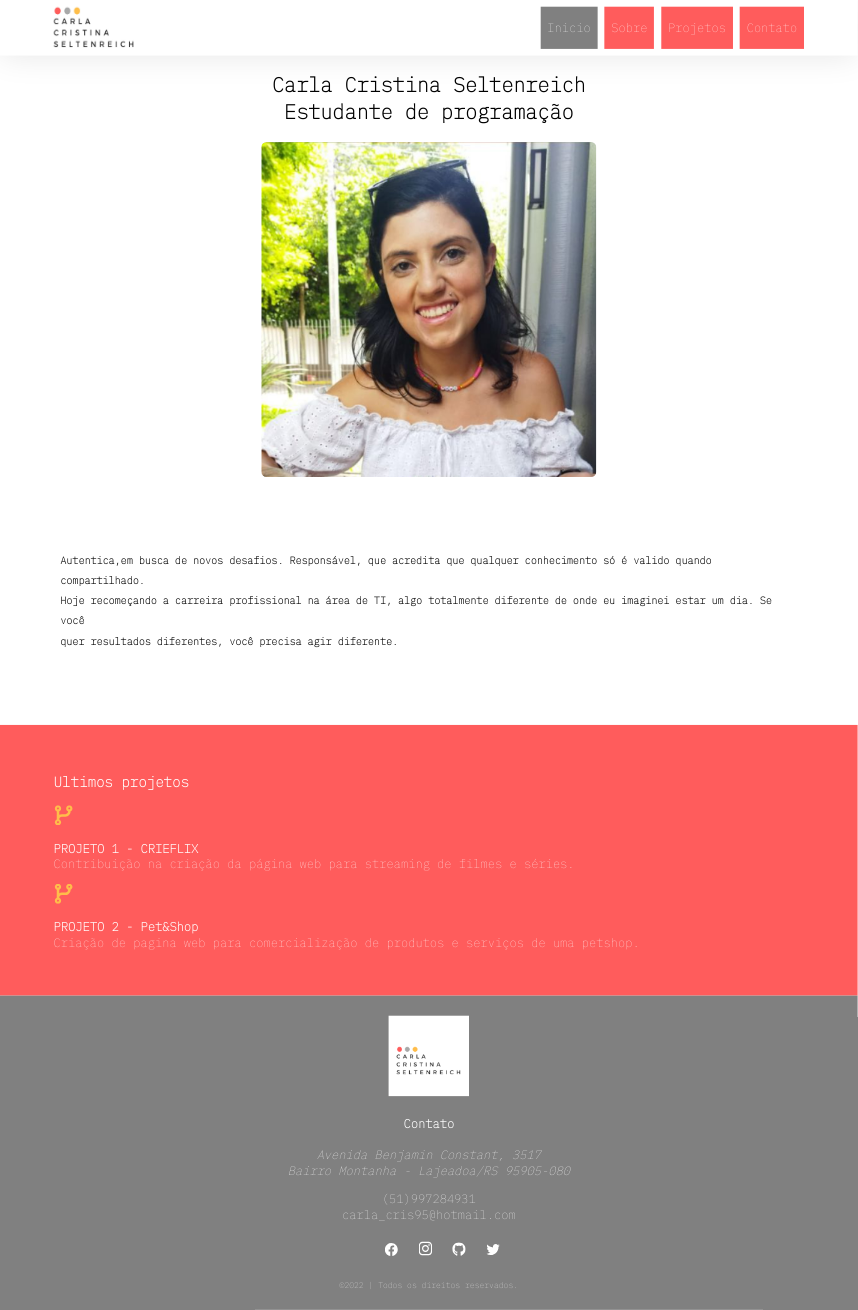
Repository: carla-seltenreich/portfolio
Page: index.html
These files come from the project's save history. The page is drawn as it stood at one moment and after the next save; the edit follows.
The browser window is 1280 px wide. The pictures show the whole page, at 67% of full size.

Above is the page before, as saved 2022-05-26 02:32:50.

### index.html
<!DOCTYPE html>
<html lang="en">

<head>
    <meta charset="UTF-8">
    <meta http-equiv="X-UA-Compatible" content="IE=edge">
    <meta name="viewport" content="width=device-width, initial-scale=1.0">
    <title>Carla Cristina Seltenreich</title>
    <link rel="preconnect" href="https://fonts.googleapis.com">
    <link rel="preconnect" href="https://fonts.gstatic.com" crossorigin>
    <link rel="stylesheet" href="style.css">

    <link href="preconnect" href="https://fonts.googleapis.com">
    <link rel="preconnect" href="https://fonts.gstatic.com" crossorigin>
    <link href="https://fonts.googleapis.com/css2?family=IBM+Plex+Mono:wght@100&family=Questrial&display=swap"
        rel="stylesheet">
</head>

<body>
    <header class="header">
        <div class="container header-container">
            <img src="Carla cristina sELTENREICH.jpg" alt="logo" class="brand">
            <ul class="nav">
                <li>
                    <a href="index.html" class="active">Inicio</a>
                </li>
                <li>
                    <a href="about.html">Sobre</a>
                </li>
                <li>
                    <a href="project.html">Projetos</a>
                </li>
                <li>
                    <a href="contact.html">Contato</a>
                </li>
            </ul>
        </div>
    </header>
    <div class="name">
        <h1 class="name-title">
            Carla Cristina Seltenreich<br>
            Estudante de programação
        </h1>
    </div>
    </header>
    <section class="banner">
        <img class="photo-banner" src="carla.png">
    </section>
    <section class="about-home">
        <div class="text-about-home">
            <h4> Autentica,em busca de novos desafios. Responsável, que acredita que qualquer conhecimento só é valido quando compartilhado.<br>
                Hoje recomeçando a carreira profissional na área de TI, algo totalmente diferente de onde eu imaginei
                estar um dia. Se você<br> quer resultados diferentes, você precisa agir diferente.</h4>
        </div>
    </section>
    <section class="lastest-projects-home">
        <div class="container">
            <h3>Ultimos projetos</h3>
            <img src="code-branch-solid.svg" alt="logo-project" class="logo-project">
            <p><strong>PROJETO 1 - CRIEFLIX</strong><br>
                Contribuição na criação da página web para streaming de filmes e séries.</p>
            <img src="code-branch-solid.svg" alt="logo-project" class="logo-project">
            <p><strong>PROJETO 2 - Pet&Shop</strong><br>
                Criação de pagina web para comercialização de produtos e serviços de uma petshop.<br>
            </p>
        </div>

    </section>
    <footer class="footer">
        <div class="container">
            <img src="Carla cristina sELTENREICH.png" alt="logo" class="brand">
            <div class="footer-container">
                <div class="footer-contact">
                    <h4>Contato</h4>

                    <address>Avenida Benjamin Constant, 3517 <br />Bairro Montanha - Lajeadoa/RS 95905-080
                    </address>
                    <a href="#">(51)997284931</a>
                    <a href="#">carla_cris95@hotmail.com</a>
                </div>

                <div class="footer-social-medias">
                    <ul class="social-medias">
                        <li><a href="https://www.facebook.com/carla.cristina.16144/"><img src="facebook-brands (1).svg"
                                    alt="logo-facebook" class="logo-socialmedia"></a></li>
                        <li><a href="https://www.instagram.com/100meat/"><img src="instagram-brands (1).svg"
                                    alt="logo-instagram" class="logo-socialmedia"></a></li>
                        <li><a href="https://github.com/carla-seltenreich"><img src="github-brands.svg"
                                    alt="logo-github" class="logo-socialmedia"></a></li>
                        <li><a href="https://twitter.com/100meat"><img src="twitter-brands (1).svg" alt="logo-twitter"
                                    class="logo-socialmedia"></a></li>
                    </ul>
                </div>
                <div class="copyright">©2022 | Todos os direitos reservados.</div>
            </div>
    </footer>
</body>

</html>

### style.css
body {
    font-family: 'IBM Plex Mono';
    font-size: 18px;
    padding-top: 120px;
    margin: 0;
}

.container {
    max-width: 1120px;
    margin: 0 auto;
}

.header {
    background: #fff;
    position: absolute;
    width: 100%;
    text-align: center;
    top: 0;
    z-index: 1;
    padding: 10px 0;
    box-shadow: 0 0 50px rgba(0, 0, 0, 0.1);
    box-sizing: border-box;
    align-items: center;
}

.brand {
    max-width: 120px;
}

.nav {
    margin: 0;
    padding: 0;
    list-style: none;
}

.nav li {
    background-color: #ff5c5c;
    display: inline-block;
}

.nav a {
    color: #fff;
    display: block;
    padding: 5px;
    text-decoration: none;
}

.nav a:hover {
    color: gray;

}

.nav a.active {
    color: #fff;
    background: gray;
}

.name {
    padding: 7px;
}

.name-title {
    text-align: center;
    font-size: 30px;
}


.photo-banner {
    background-color: #ff5c5c;
    width: 500px;
    display: block;
    max-width: 100%;
    margin: 0 auto;
    border-radius: 8px;
}

.lastest-projects-home {
    background-color: #ff5c5c;
    color: #fff;
    padding: 50px;
    position: center;
}

.logo-project {
    width: 30px;
    height: 30px;
}

.text-about-home {
    margin: 90px;
    top: 808px;
    font-style: normal;
    font-weight: 400;
    font-size: 15px;
    line-height: 30px;
    /* or 200% */

    display: flex;
    align-items: center;
}

.title-project {
    position: absolute;
    width: 800px;
    height: 57px;
    left: 283px;
    top: 156px;

    font-style: normal;
    font-weight: 600;
    font-size: 44px;
    line-height: 57px;
    display: flex;
    align-items: center;
}

.text-project {
    position: absolute;
    width: 800px;
    height: 120px;
    left: 283px;
    top: 233px;
    font-style: normal;
    font-weight: 400;
    font-size: 20px;
    line-height: 30px;
    /* or 200% */

    display: flex;
    align-items: center;

    color: black;
}

.footer {
    color: #fff;
    background: grey;
    padding: 30px 0;
    text-align: center;
}

.footer-container {
    display: block;
    justify-content: center;
}

.footer-contact a {
    display: block;
    color: #fff;
    text-decoration: none;
}

.footer-social-medias {}

.social-medias li {
    display: inline-block;
}

.social-meidas a {
    display: block;
    font-size: 25px;
    padding: 20px 10px;

}

.logo-socialmedia {
    width: 20px;
    padding: 10px;
    cursor: pointer;

}
.social-medias a:hover img {
    transform: rotate(10deg);
    transition: .10s;
}
.footer-contact address {
    margin-bottom: 20px;
}

.copyright {
    font-size: 12px;
    margin-top: 20px;
}

@media screen and (min-width: 768px) {
    body {
        padding-top: 80px;
    }

    .header-container {
        display: flex;
        justify-content: space-between;
    }

    .nav a {
        padding: 20px 10px;
    }
}

### code-branch-solid.svg
<svg xmlns="http://www.w3.org/2000/svg" viewBox="0 0 448 512"><!--! Font Awesome Pro 6.1.1 by @fontawesome - https://fontawesome.com License - https://fontawesome.com/license (Commercial License) Copyright 2022 Fonticons, Inc. --><path fill= "#ffbd4a" d="M160 80C160 112.8 140.3 140.1 112 153.3V241.1C130.8 230.2 152.7 224 176 224H272C307.3 224 336 195.3 336 160V153.3C307.7 140.1 288 112.8 288 80C288 35.82 323.8 0 368 0C412.2 0 448 35.82 448 80C448 112.8 428.3 140.1 400 153.3V160C400 230.7 342.7 288 272 288H176C140.7 288 112 316.7 112 352V358.7C140.3 371 160 399.2 160 432C160 476.2 124.2 512 80 512C35.82 512 0 476.2 0 432C0 399.2 19.75 371 48 358.7V153.3C19.75 140.1 0 112.8 0 80C0 35.82 35.82 0 80 0C124.2 0 160 35.82 160 80V80zM80 104C93.25 104 104 93.25 104 80C104 66.75 93.25 56 80 56C66.75 56 56 66.75 56 80C56 93.25 66.75 104 80 104zM368 56C354.7 56 344 66.75 344 80C344 93.25 354.7 104 368 104C381.3 104 392 93.25 392 80C392 66.75 381.3 56 368 56zM80 456C93.25 456 104 445.3 104 432C104 418.7 93.25 408 80 408C66.75 408 56 418.7 56 432C56 445.3 66.75 456 80 456z"/></svg>

### facebook-brands (1).svg
<svg xmlns="http://www.w3.org/2000/svg" viewBox="0 0 512 512"><!--! Font Awesome Pro 6.1.1 by @fontawesome - https://fontawesome.com License - https://fontawesome.com/license (Commercial License) Copyright 2022 Fonticons, Inc. --><path fill="#fff" d="M504 256C504 119 393 8 256 8S8 119 8 256c0 123.78 90.69 226.38 209.25 245V327.69h-63V256h63v-54.64c0-62.15 37-96.48 93.67-96.48 27.14 0 55.52 4.84 55.52 4.84v61h-31.28c-30.8 0-40.41 19.12-40.41 38.73V256h68.78l-11 71.69h-57.78V501C413.31 482.38 504 379.78 504 256z"/></svg>

### instagram-brands (1).svg
<svg xmlns="http://www.w3.org/2000/svg" viewBox="0 0 448 512"><!--! Font Awesome Pro 6.1.1 by @fontawesome - https://fontawesome.com License - https://fontawesome.com/license (Commercial License) Copyright 2022 Fonticons, Inc. --><path fill="#fff" d="M224.1 141c-63.6 0-114.9 51.3-114.9 114.9s51.3 114.9 114.9 114.9S339 319.5 339 255.9 287.7 141 224.1 141zm0 189.6c-41.1 0-74.7-33.5-74.7-74.7s33.5-74.7 74.7-74.7 74.7 33.5 74.7 74.7-33.6 74.7-74.7 74.7zm146.4-194.3c0 14.9-12 26.8-26.8 26.8-14.9 0-26.8-12-26.8-26.8s12-26.8 26.8-26.8 26.8 12 26.8 26.8zm76.1 27.2c-1.7-35.9-9.9-67.7-36.2-93.9-26.2-26.2-58-34.4-93.9-36.2-37-2.1-147.9-2.1-184.9 0-35.8 1.7-67.6 9.9-93.9 36.1s-34.4 58-36.2 93.9c-2.1 37-2.1 147.9 0 184.9 1.7 35.9 9.9 67.7 36.2 93.9s58 34.4 93.9 36.2c37 2.1 147.9 2.1 184.9 0 35.9-1.7 67.7-9.9 93.9-36.2 26.2-26.2 34.4-58 36.2-93.9 2.1-37 2.1-147.8 0-184.8zM398.8 388c-7.8 19.6-22.9 34.7-42.6 42.6-29.5 11.7-99.5 9-132.1 9s-102.7 2.6-132.1-9c-19.6-7.8-34.7-22.9-42.6-42.6-11.7-29.5-9-99.5-9-132.1s-2.6-102.7 9-132.1c7.8-19.6 22.9-34.7 42.6-42.6 29.5-11.7 99.5-9 132.1-9s102.7-2.6 132.1 9c19.6 7.8 34.7 22.9 42.6 42.6 11.7 29.5 9 99.5 9 132.1s2.7 102.7-9 132.1z"/></svg>

### github-brands.svg
<svg xmlns="http://www.w3.org/2000/svg" viewBox="0 0 496 512"><!--! Font Awesome Pro 6.1.1 by @fontawesome - https://fontawesome.com License - https://fontawesome.com/license (Commercial License) Copyright 2022 Fonticons, Inc. --><path fill="#fff" d="M165.9 397.4c0 2-2.3 3.6-5.2 3.6-3.3.3-5.6-1.3-5.6-3.6 0-2 2.3-3.6 5.2-3.6 3-.3 5.6 1.3 5.6 3.6zm-31.1-4.5c-.7 2 1.3 4.3 4.3 4.9 2.6 1 5.6 0 6.2-2s-1.3-4.3-4.3-5.2c-2.6-.7-5.5.3-6.2 2.3zm44.2-1.7c-2.9.7-4.9 2.6-4.6 4.9.3 2 2.9 3.3 5.9 2.6 2.9-.7 4.9-2.6 4.6-4.6-.3-1.9-3-3.2-5.9-2.9zM244.8 8C106.1 8 0 113.3 0 252c0 110.9 69.8 205.8 169.5 239.2 12.8 2.3 17.3-5.6 17.3-12.1 0-6.2-.3-40.4-.3-61.4 0 0-70 15-84.7-29.8 0 0-11.4-29.1-27.8-36.6 0 0-22.9-15.7 1.6-15.4 0 0 24.9 2 38.6 25.8 21.9 38.6 58.6 27.5 72.9 20.9 2.3-16 8.8-27.1 16-33.7-55.9-6.2-112.3-14.3-112.3-110.5 0-27.5 7.6-41.3 23.6-58.9-2.6-6.5-11.1-33.3 2.6-67.9 20.9-6.5 69 27 69 27 20-5.6 41.5-8.5 62.8-8.5s42.8 2.9 62.8 8.5c0 0 48.1-33.6 69-27 13.7 34.7 5.2 61.4 2.6 67.9 16 17.7 25.8 31.5 25.8 58.9 0 96.5-58.9 104.2-114.8 110.5 9.2 7.9 17 22.9 17 46.4 0 33.7-.3 75.4-.3 83.6 0 6.5 4.6 14.4 17.3 12.1C428.2 457.8 496 362.9 496 252 496 113.3 383.5 8 244.8 8zM97.2 352.9c-1.3 1-1 3.3.7 5.2 1.6 1.6 3.9 2.3 5.2 1 1.3-1 1-3.3-.7-5.2-1.6-1.6-3.9-2.3-5.2-1zm-10.8-8.1c-.7 1.3.3 2.9 2.3 3.9 1.6 1 3.6.7 4.3-.7.7-1.3-.3-2.9-2.3-3.9-2-.6-3.6-.3-4.3.7zm32.4 35.6c-1.6 1.3-1 4.3 1.3 6.2 2.3 2.3 5.2 2.6 6.5 1 1.3-1.3.7-4.3-1.3-6.2-2.2-2.3-5.2-2.6-6.5-1zm-11.4-14.7c-1.6 1-1.6 3.6 0 5.9 1.6 2.3 4.3 3.3 5.6 2.3 1.6-1.3 1.6-3.9 0-6.2-1.4-2.3-4-3.3-5.6-2z"/></svg>

### twitter-brands (1).svg
<svg xmlns="http://www.w3.org/2000/svg" viewBox="0 0 512 512"><!--! Font Awesome Pro 6.1.1 by @fontawesome - https://fontawesome.com License - https://fontawesome.com/license (Commercial License) Copyright 2022 Fonticons, Inc. --><path fill="#fff" d="M459.37 151.716c.325 4.548.325 9.097.325 13.645 0 138.72-105.583 298.558-298.558 298.558-59.452 0-114.68-17.219-161.137-47.106 8.447.974 16.568 1.299 25.34 1.299 49.055 0 94.213-16.568 130.274-44.832-46.132-.975-84.792-31.188-98.112-72.772 6.498.974 12.995 1.624 19.818 1.624 9.421 0 18.843-1.3 27.614-3.573-48.081-9.747-84.143-51.98-84.143-102.985v-1.299c13.969 7.797 30.214 12.67 47.431 13.319-28.264-18.843-46.781-51.005-46.781-87.391 0-19.492 5.197-37.36 14.294-52.954 51.655 63.675 129.3 105.258 216.365 109.807-1.624-7.797-2.599-15.918-2.599-24.04 0-57.828 46.782-104.934 104.934-104.934 30.213 0 57.502 12.67 76.67 33.137 23.715-4.548 46.456-13.32 66.599-25.34-7.798 24.366-24.366 44.833-46.132 57.827 21.117-2.273 41.584-8.122 60.426-16.243-14.292 20.791-32.161 39.308-52.628 54.253z"/></svg>

After the next save:
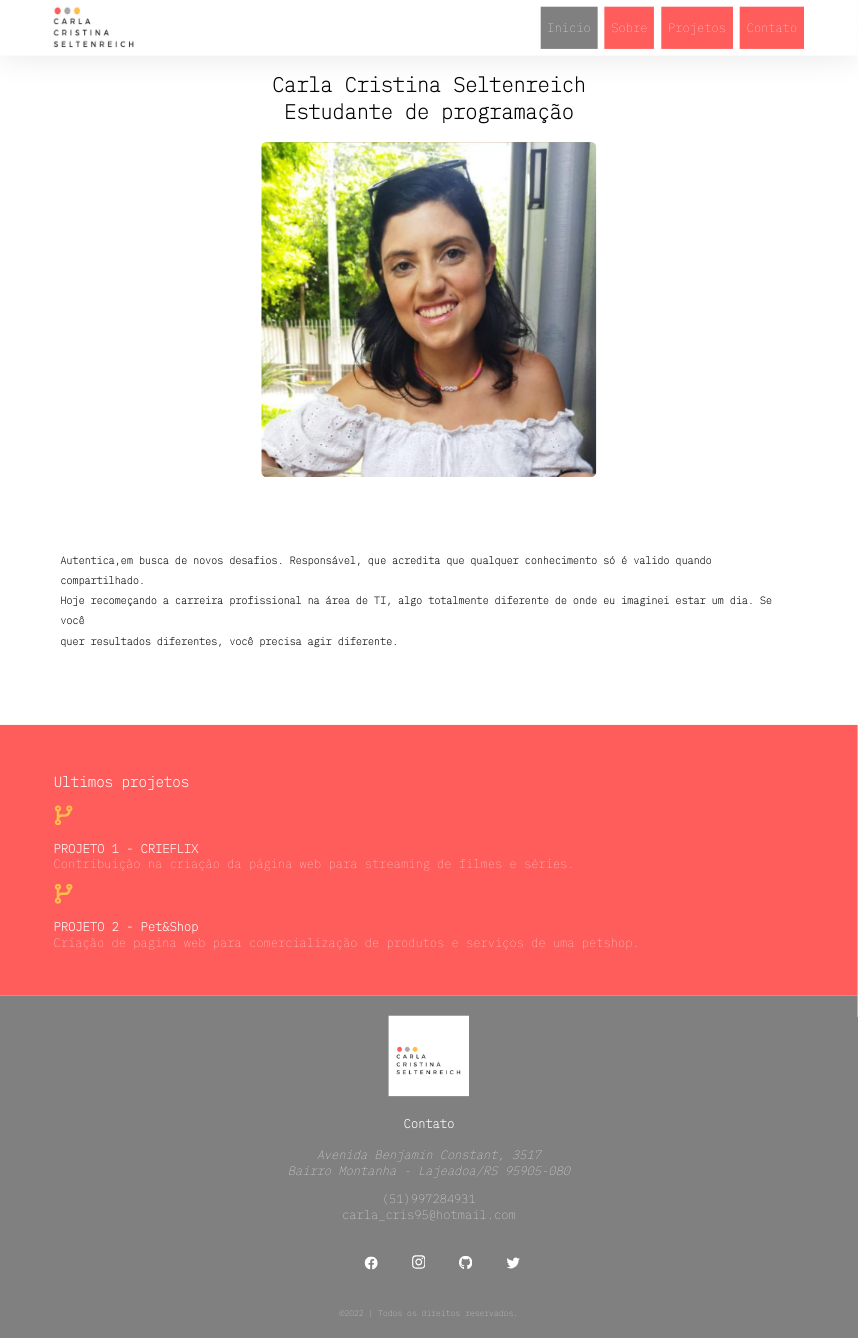
Saved 29 s later.
--- a/style.css
+++ b/style.css
@@ -156,7 +156,7 @@ body {
     display: inline-block;
 }
 
-.social-meidas a {
+.social-medias a {
     display: block;
     font-size: 25px;
     padding: 20px 10px;
